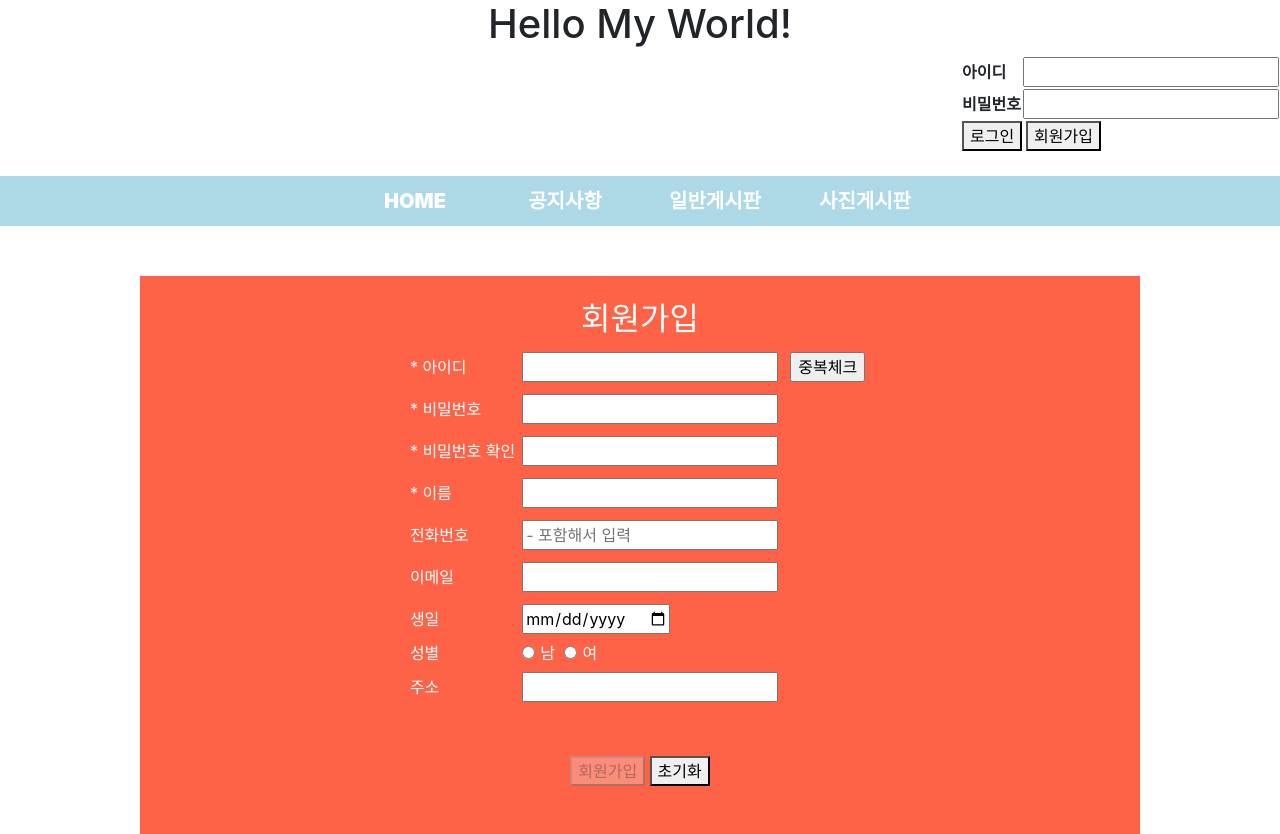
Repository: Developer-Choi-Jae-Young/FrameworkPractice
Page: http://localhost/mybatisProject/enrollForm.me
These files come from the project's save history. The page is drawn as it stood at one moment and after a run of saves; the edit follows.
The browser window is 1280 px wide. The pictures show the whole page.
The page is served by Tomcat 9.

Above is the page before, as saved 2024-09-04 06:08:48.

After the next 2 saves:
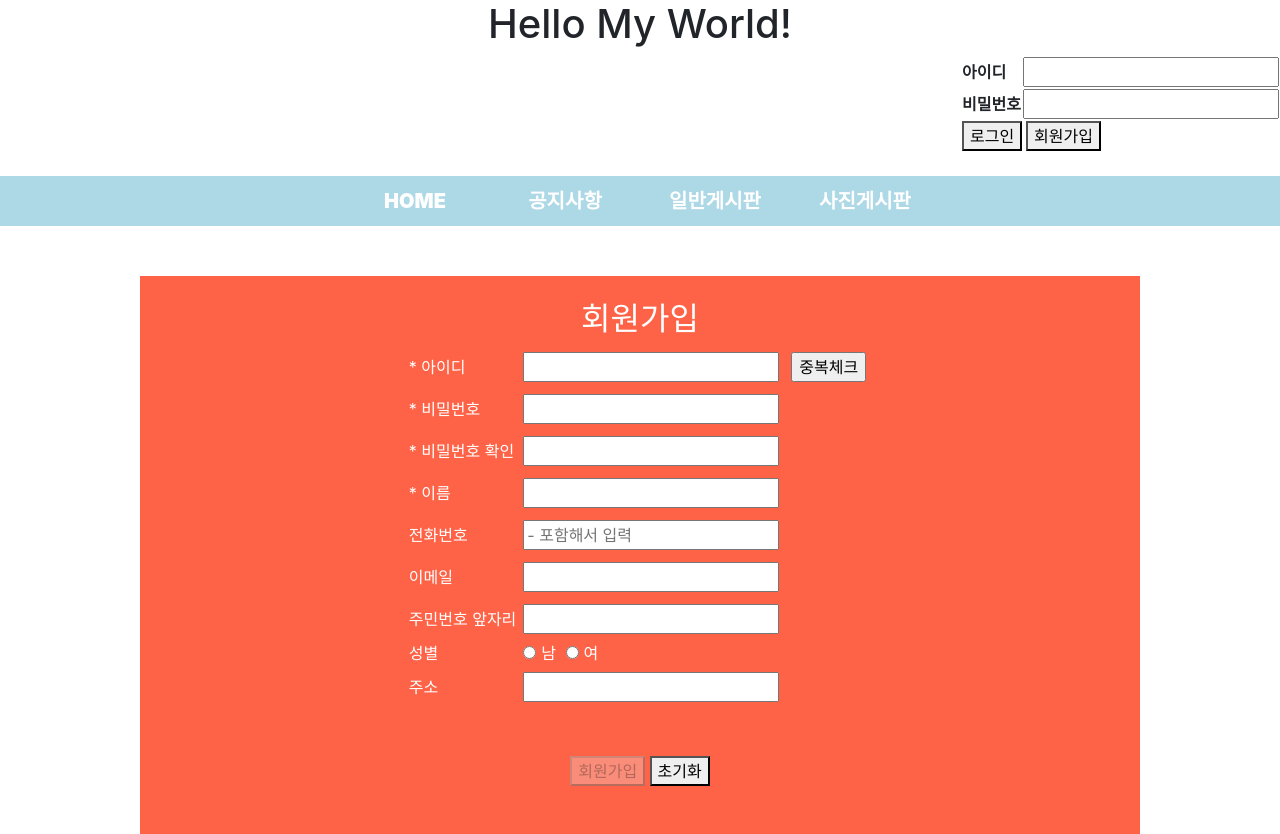
The 2 saves are shown as one change because they came seconds apart.
The last was saved 58 s later.
--- a/mybatis/mybatisProject/webapp/WEB-INF/views/member/memberEnrollForm.jsp
+++ b/mybatis/mybatisProject/webapp/WEB-INF/views/member/memberEnrollForm.jsp
@@ -75,9 +75,9 @@
 					</td>
 				</tr>
 				<tr>
-					<td>생일</td>
+					<td>주민번호 앞자리</td>
 					<td>
-						<input type="date" name="birthday">
+						<input type="text" name="birthday">
 					</td>
 				</tr>
 				<tr>
